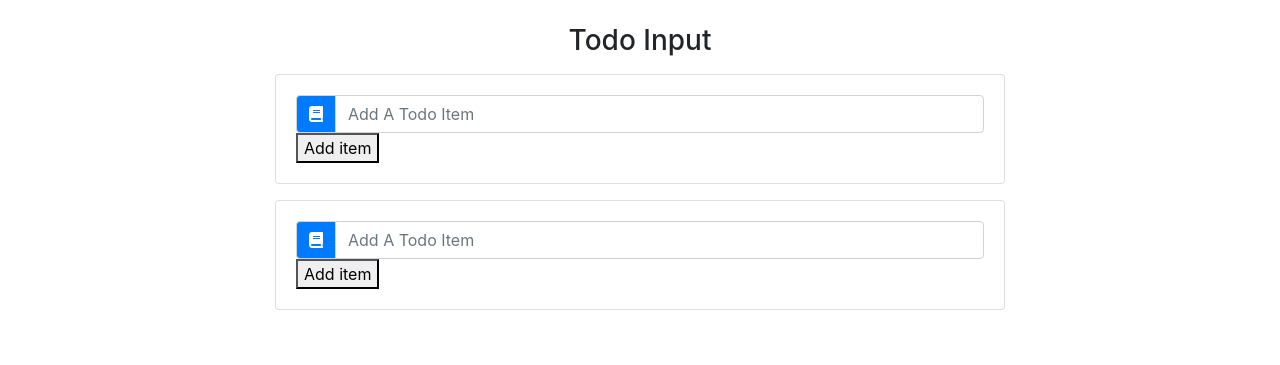
Repository: TomoyaKuroda/React-Simple-Todo-App
Page: /
The author's editor kept a copy of each file at every save. The page is drawn from the files as they stood at one save, then again after the next save.
The browser window is 1280 px wide. The pictures show the whole page.
Some web libraries are served in a nearby version. The project was rebuilt for these pictures with package versions that can differ from the ones it lists, and the page was loaded fresh each time.

Above is the page before, as saved 2018-12-06 22:06:59.

### public/index.html
<!DOCTYPE html>
<html lang="en">

  <head>
    <meta charset="utf-8">
    <link rel="shortcut icon" href="%PUBLIC_URL%/favicon.ico">
    <meta name="viewport" content="width=device-width, initial-scale=1, shrink-to-fit=no">
    <meta name="theme-color" content="#000000">
    <!-- manifest.json provides metadata used when your web app is added to the homescreen on Android. See https://developers.google.com/web/fundamentals/web-app-manifest/ -->
    <link rel="manifest" href="%PUBLIC_URL%/manifest.json">
    <!-- Notice the use of %PUBLIC_URL% in the tags above. It will be replaced with the URL of the `public` folder during the build. Only files inside the `public` folder can be referenced from the HTML. Unlike "/favicon.ico" or "favicon.ico", "%PUBLIC_URL%/favicon.ico" will work correctly both with client-side routing and a non-root public URL. Learn how to configure a non-root public URL by running `npm run build`. -->
    <link rel="stylesheet" href="https://use.fontawesome.com/releases/v5.5.0/css/all.css" integrity="sha384-B4dIYHKNBt8Bc12p+WXckhzcICo0wtJAoU8YZTY5qE0Id1GSseTk6S+L3BlXeVIU" crossorigin="anonymous">
    <title>Todo App</title>
  </head>

  <body>
    <noscript>
      You need to enable JavaScript to run this app.
    </noscript>
    <div id="root"></div>
    <!-- This HTML file is a template. If you open it directly in the browser, you will see an empty page. You can add webfonts, meta tags, or analytics to this file. The build step will place the bundled scripts into the <body> tag. To begin the development, run `npm start` or `yarn start`. To create a production bundle, use `npm run build` or `yarn build`. -->
  </body>

</html>

### src/App.js
import React, { Component } from 'react';

import TodoInput from './components/TodoInput';
import TodoList from "./components/TodoInput";

import 'bootstrap/dist/css/bootstrap.min.css'
import uuid from 'uuid'

class App extends Component {
  render() {
    return (
      <div className="container">
      <div className="row">
      <div className="col-10 mx-auto col-md-8 mt-4">
      <h3 className="text-capitalize text-center">
      todo input
      </h3>
      <TodoInput />
            <TodoList />
      </div>

      </div>

      </div>
    );
  }
}

export default App;

### src/components/TodoInput.js
import React, { Component } from 'react'

export default class TodoInput extends Component {
  render() {
    return (
      <div className="card card-body my-3">
        <form>
        <div className="input-group">
        <div className="input-group-prepend">
        <div className="input-group-text bg-primary text-white">
        <i className="fas fa-book">
        </i>
        </div>
        </div>
        <input type="text" className="form-control text-capitalize"
        placeholder="add a todo item">
        </input>
        </div>
        <button type="submit">Add item</button>
        </form>
      </div>
    )
  }
}

Loaded but not shown: src/index.js (common file); src/index.css (common file); src/serviceWorker.js (common file)

After the next save:
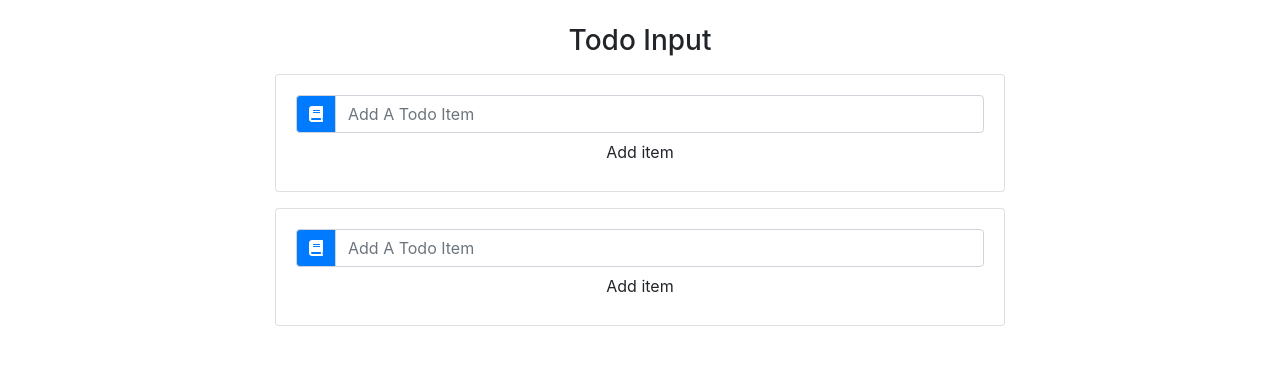
Saved 27 s later.
--- a/src/components/TodoInput.js
+++ b/src/components/TodoInput.js
@@ -16,7 +16,7 @@ export default class TodoInput extends Component {
         placeholder="add a todo item">
         </input>
         </div>
-        <button type="submit">Add item</button>
+        <button type="submit" className="btn btn-block">Add item</button>
         </form>
       </div>
     )
